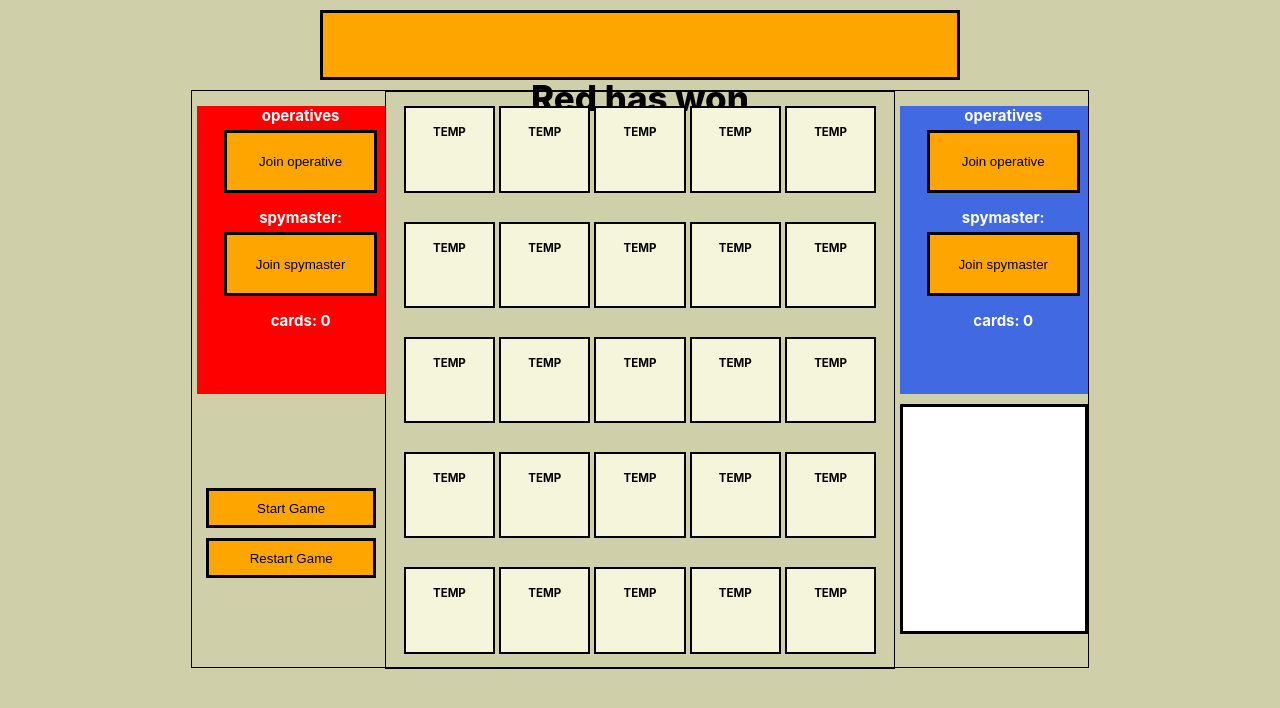
Repository: alcarrizo/Codenames-Fullstack
Page: / (app in client/)
These files come from the project's save history. The page is drawn as it stood at one moment and after the next save; the edit follows.
The browser window is 1280 px wide. The pictures show the whole page.
The project was rebuilt for these pictures with package versions that can differ from the ones it lists, and the page was loaded fresh each time. Imported but missing from the stored project, and not drawn on this page: client/src/reportWebVitals.

Above is the page before, as saved 2023-01-17 17:52:19.

After the next save:
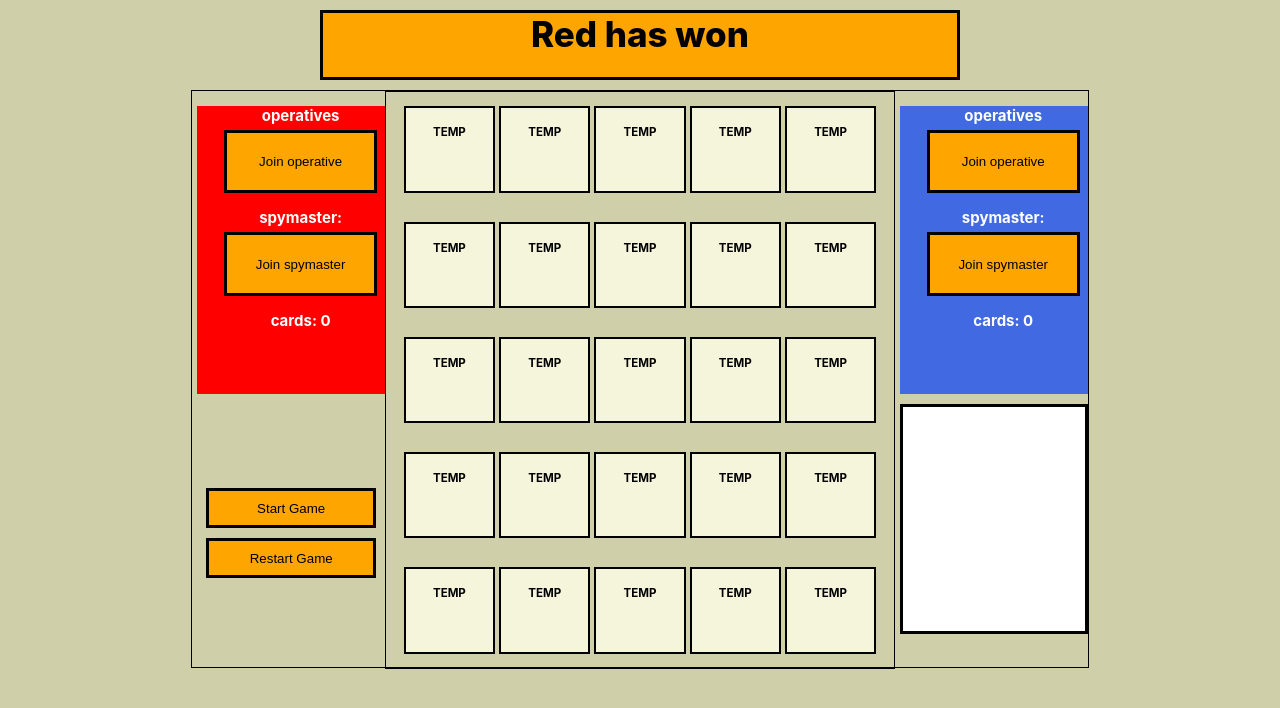
Saved 7 s later.
--- a/client/src/css/styles.css
+++ b/client/src/css/styles.css
@@ -218,7 +218,7 @@ body.blue {
     left: 35%;
     text-align: center;
     font-size: 35px;
-    line-height: 170px;
+
     font-weight: 800;
     border: black solid 3px;
 
